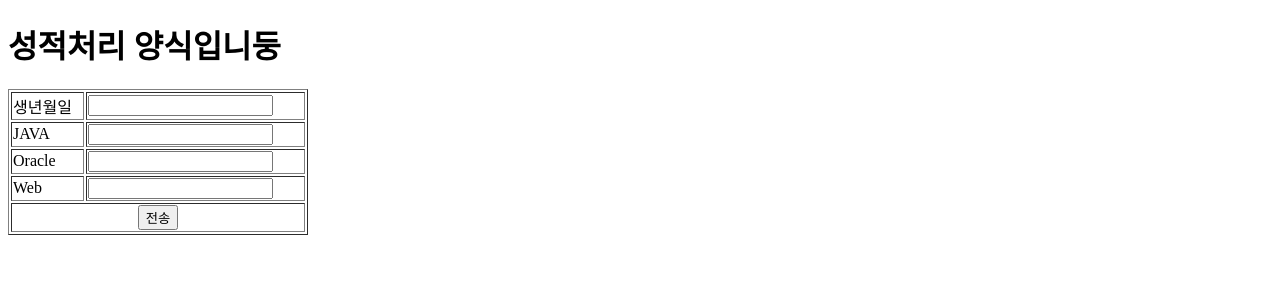
Repository: SouthSea0613/401_Unauthorized_java
Page: http://localhost/grade/
An editor plug-in stored every save of this project. The page is shown before and after the next save, followed by the edit.
The browser window is 1280 px wide. The pictures show the whole page.
The page is served by Tomcat 9. Other server files are loaded and not shown.

Above is the page before, as saved 2024-12-03 04:57:36.

### grade/grade/src/main/webapp/index.jsp
<%@ page language="java" contentType="text/html; charset=UTF-8"
	pageEncoding="UTF-8"%>
<!DOCTYPE html>
<html>
<head>
<meta charset="UTF-8">
<title>Insert title here</title>
</head>
<body>
	<h1>성적처리 양식입니둥</h1>
	<form action="./score" method="post">
		<table border="1" width="300">
			<tr>
				<td>생년월일</td>
				<td><input type="text" name="birth" size="20"></td>
			</tr>
			<tr>
				<td>JAVA</td>
				<td><input type="text" name="java" size="20"></td>
			</tr>
			<tr>
				<td>Oracle</td>
				<td><input type="text" name="oracle" size="20"></td>
			</tr>
			<tr>
				<td>Web</td>
				<td><input type="text" name="web" size="20"></td>
			</tr>
			<tr align="center">
				<td colspan="2"><button>전송</button></td>
			</tr>

		</table>
	</form>
</body>
</html>

After the next save:
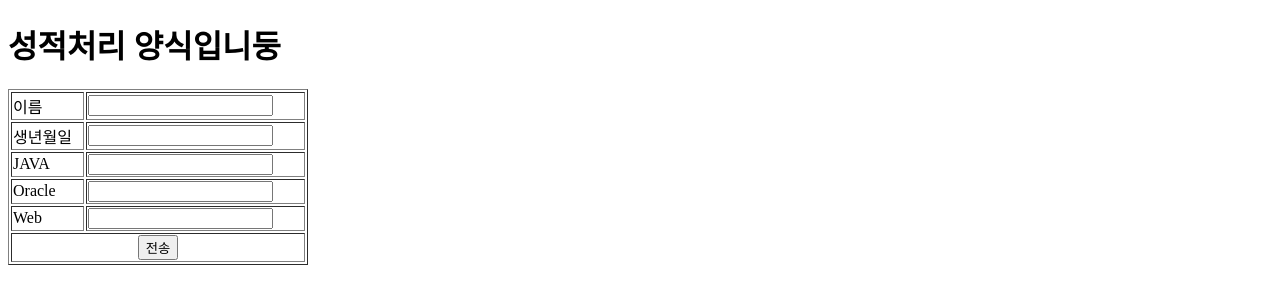
Saved 28 s later.
--- a/grade/grade/src/main/webapp/index.jsp
+++ b/grade/grade/src/main/webapp/index.jsp
@@ -10,6 +10,10 @@
 	<h1>성적처리 양식입니둥</h1>
 	<form action="./score" method="post">
 		<table border="1" width="300">
+				<tr>
+				<td>이름</td>
+				<td><input type="text" name="name" size="20"></td>
+			</tr>
 			<tr>
 				<td>생년월일</td>
 				<td><input type="text" name="birth" size="20"></td>
